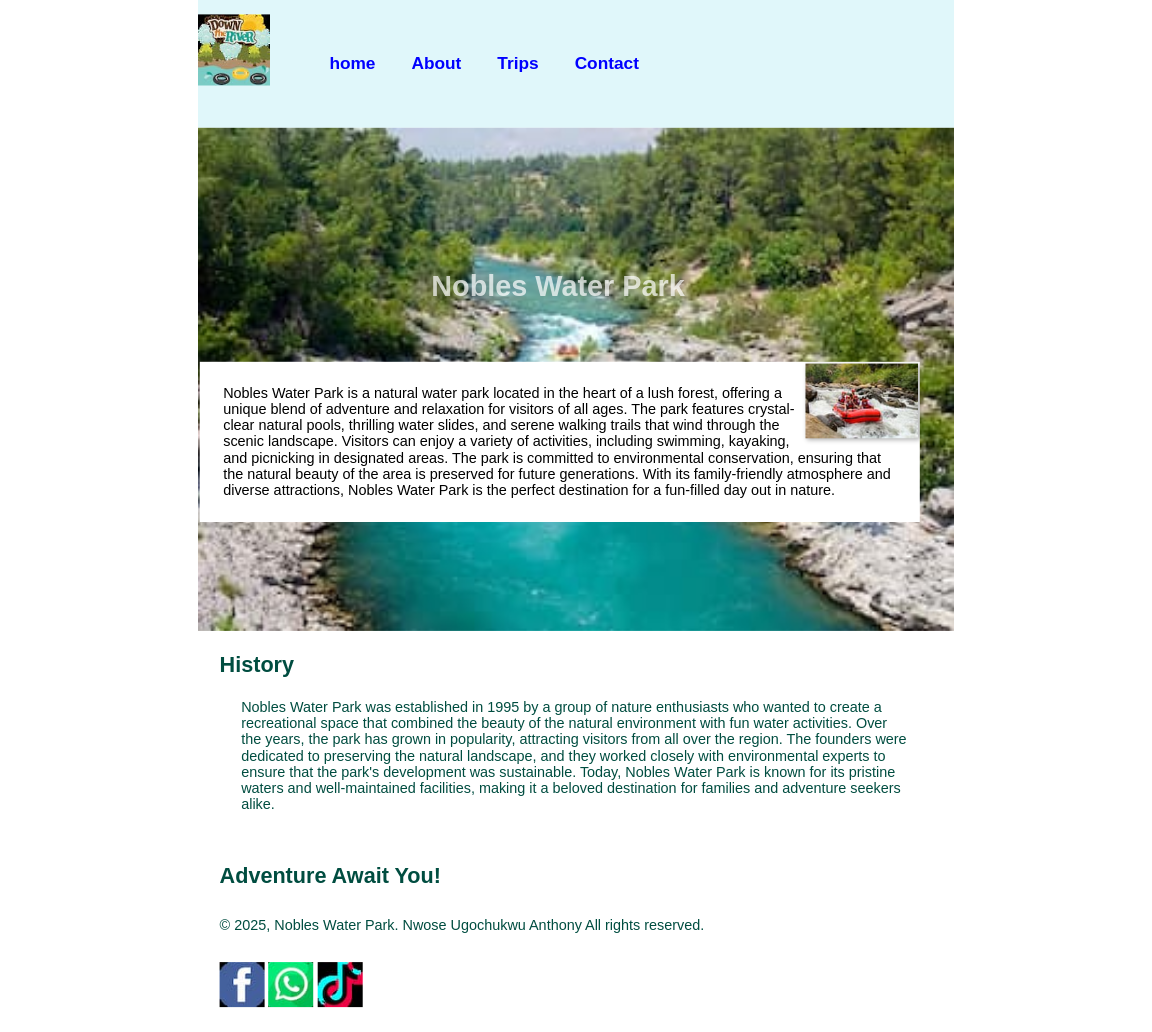
Repository: NoblesNigeria/wdd130
Page: wwr/about.html
The author's editor kept a copy of each file at every save. The page is drawn from the files as they stood at one save, then again after the next save.
The browser window is 1280 px wide. The pictures show the whole page, at 90% of full size.

Above is the page before, as saved 2025-09-16 17:08:58.

After the next save:
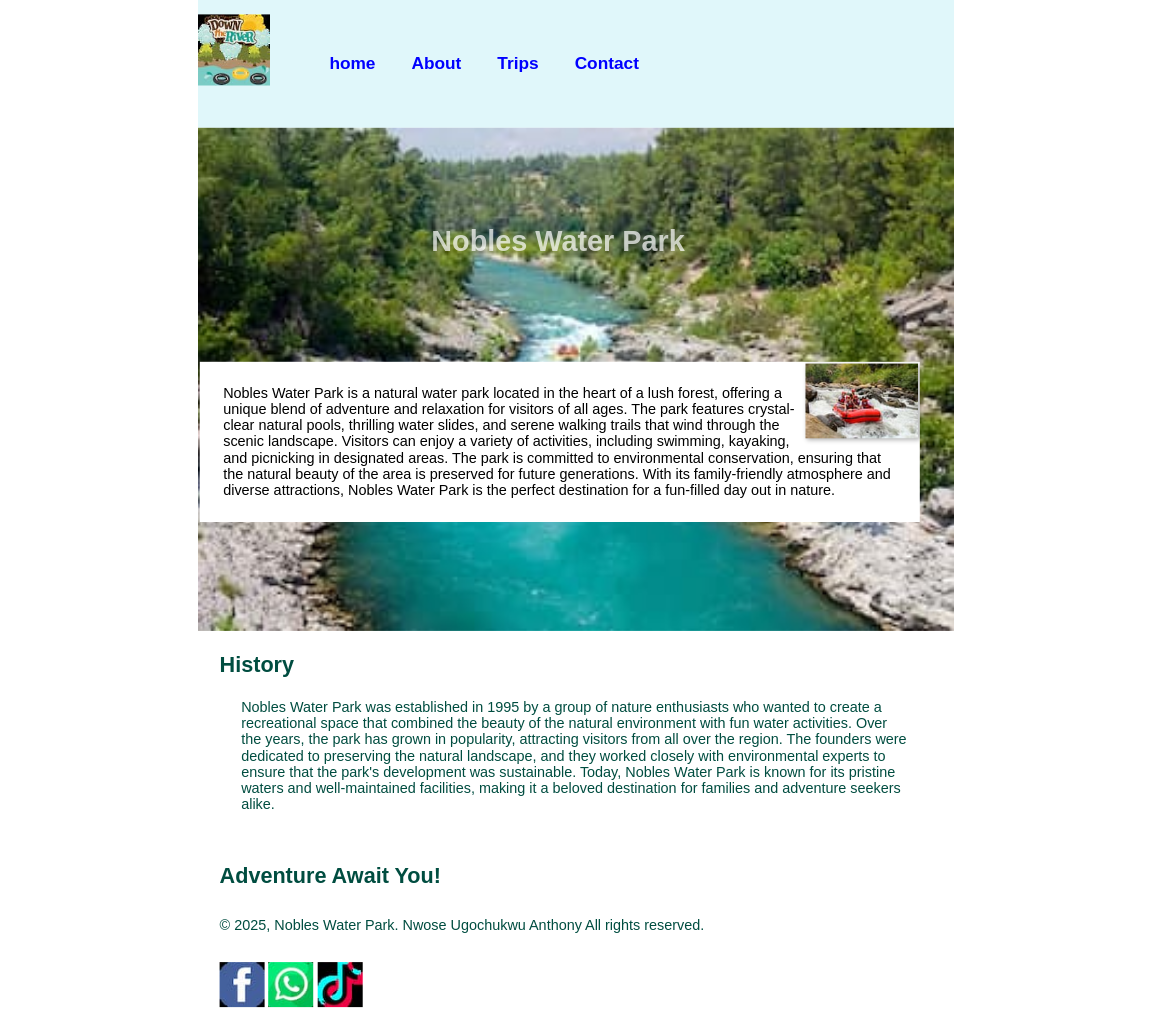
Saved 30 s later.
--- a/wwr/styles/rafting.css
+++ b/wwr/styles/rafting.css
@@ -70,7 +70,7 @@
 }
 h1{
     position: absolute;
-    top: 300px;
+    top: 250px;
     width: 800px;
     color: white;
     padding: 0;
